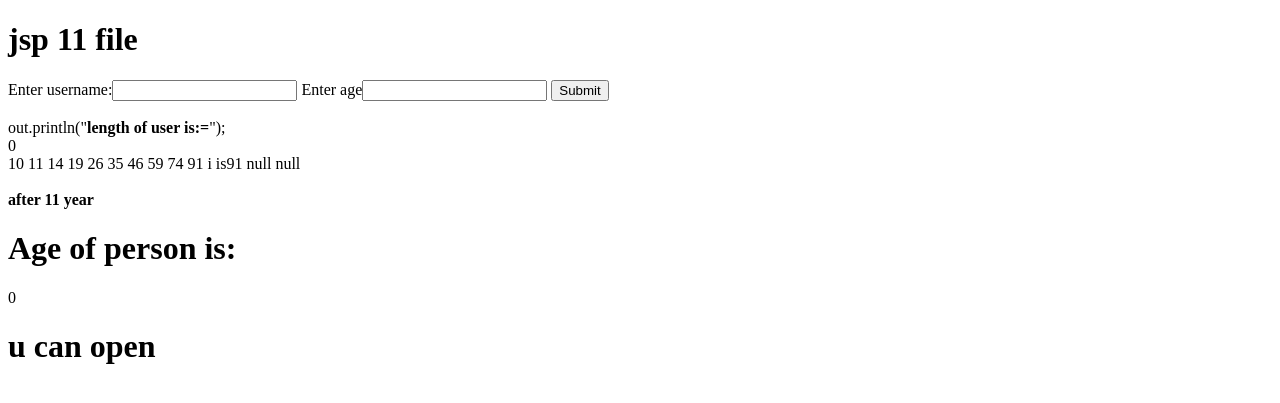
Repository: heenasalim/Java_Script
Page: http://localhost/JsphDemo/jsp11.jsp
These files come from the project's save history. The page is drawn as it stood at one moment and after the next save; the edit follows.
The browser window is 1280 px wide. The pictures show the whole page.
The page is served by Tomcat 9. Other server files are loaded and not shown. Queries for data that is not in the repository find no rows.

Above is the page before, as saved 2015-10-17 06:15:55.

### JsphDemo/WebContent/jsp11.jsp
<%@ page language="java" contentType="text/html; charset=ISO-8859-1"
    pageEncoding="ISO-8859-1"%>
<!DOCTYPE html PUBLIC "-//W3C//DTD HTML 4.01 Transitional//EN" "http://www.w3.org/TR/html4/loose.dtd">
<html>
<head>
<meta http-equiv="Content-Type" content="text/html; charset=ISO-8859-1">
<title>Insert title here</title>
</head>
<%@taglib  prefix="abc" uri="/WEB-INF/taglib.tld" %>
<%@taglib  prefix="xyz"  uri="/WEB-INF/customtag.tld" %>
<body>
<h1>jsp  11   file</h1>
<form action="jsp11.jsp">
Enter  username:<input type="text"  name="user"  />
Enter  age<input  type="text"   name="age" />
<input  type="submit"  name="signin" />
</form>
<br/>
out.println("<b>length  of  user  is:=</b>");
<br/>
${abc:lengthUser(param.user)}

<br/>
<%!  int  i=0;int z; %>
<%
for(i=0; i<10 ; i++)
{
%>
<%= z=i*i+10 %>
<%
}


out.println("i is" + z);

%>

<jsp:useBean id="u"  class="pkforjsp.Usebean11"  scope="request"></jsp:useBean>
<jsp:setProperty  name="u"  property="*" />
<jsp:getProperty  name="u" property="user" />
<jsp:getProperty  name="u" property="age" />
<%
String  k=u.getUser();
%>
<br/>
<br/>
<b> after  11  year </b>
<br/>
<h1>Age  of  person  is:</h1>
${ abc:heena(param.user) }
  <h1> u  can  open</h1>


<br/>
<br/>


 <%--out.println("length  of  username  is" + u.getUser());
<br/>
out.println("  age  after    1  year  is "  + (u.getAge()+1));--%>



</body>
</html>

### JsphDemo/src/pk/expressionlanguage.java
package pk;

import java.sql.DriverManager;
import java.sql.PreparedStatement;
import java.sql.ResultSet;

import javax.servlet.jsp.PageContext;

import com.sun.corba.se.pept.transport.Connection;

public class expressionlanguage {

	public  static  int  lengthUser(String  x)
	{


		return  x.length();
	}


	public   static void  ageAfter1year()
	{

	}

}

### JsphDemo/src/pk/oracle.java
package pk;
import java.sql.Connection;
import java.sql.Driver;
import java.sql.DriverManager;
import java.sql.PreparedStatement;
import java.sql.ResultSet;
import java.sql.SQLException;

import javax.servlet.jsp.PageContext;


public class oracle{


	static Connection con=null;
	public  static  int  heena(String  user)   throws SQLException
	{
	try
	{
	Class.forName("oracle.jdbc.driver.OracleDriver");
	System.out.println("class  found");
	System.out.println("class  found");
    con=DriverManager.getConnection("jdbc:oracle:thin:@localhost:1521:xe","system","java");
	System.out.println("connection  got");
	java.sql.Statement stmt=con.createStatement();
	ResultSet rs=stmt.executeQuery("select * from heena1");
	while(rs.next())
	{
	 System.out.println(rs.getInt(1)+"  "+rs.getString(2));
    if(user.equals(rs.getString(2)))
    {
    	  System.out.println("correct  user");
     }
	}
//	 PreparedStatement  psmt=con.prepareStatement("insert  into heena1  values(? ?)");
//	 psmt.setInt(1,1);
//	 psmt.setString(2, "abc");
//	  System.out.println("table  craeted  inserted ");
//	 int  i=psmt.executeUpdate();
//	 System.out.println("table  crated" + i);
	  }
	catch(Exception  e)
	{
	e.printStackTrace();
	}
	return 0;

	}
}

### JsphDemo/src/pkforjsp/Usebean11.java
package pkforjsp;

public class Usebean11 {

	String  user,age;
	public String getUser() {
		return user;
	}

	public void setUser(String user) {
		this.user = user;
	}


	public String getAge() {
		return age;
	}

	public void setAge(String age) {
		this.age = age;
	}


}

### JsphDemo/src/pk/demotaglib.java
package pk;

import java.io.IOException;
import java.util.Date;

import javax.servlet.jsp.JspException;
import javax.servlet.jsp.tagext.TagSupport;

public class demotaglib extends TagSupport {

	@Override
	public int doStartTag() throws JspException {
		// TODO Auto-generated method stub
		return super.doStartTag();




	}
@Override
public int doEndTag() throws JspException {
	// TODO Auto-generated method stub
	String  d=new Date().toString();
	try {
		pageContext.getOut().write("hello   todays  date :" + d);
	} catch (IOException e) {
		// TODO Auto-generated catch block
		e.printStackTrace();
	}

return EVAL_PAGE;




}
}

After the next save:
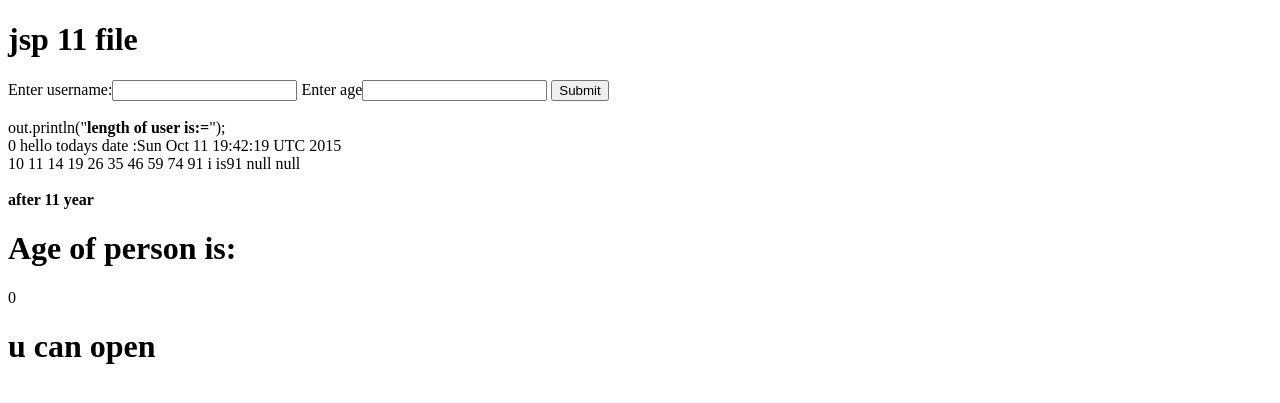
Saved 5 s later.
--- a/JsphDemo/WebContent/jsp11.jsp
+++ b/JsphDemo/WebContent/jsp11.jsp
@@ -19,7 +19,7 @@ Enter  age<input  type="text"   name="age" />
 out.println("<b>length  of  user  is:=</b>");
 <br/>
 ${abc:lengthUser(param.user)}
-
+<xyz:abc> </xyz:abc>
 <br/>
 <%!  int  i=0;int z; %>
 <%
